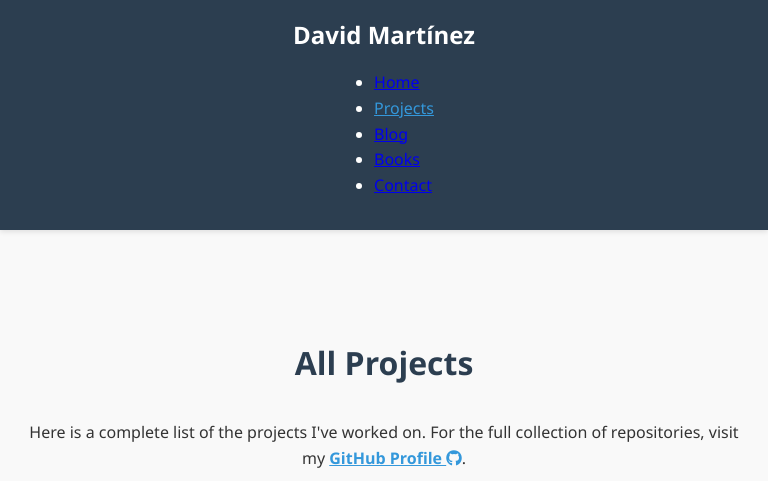
Repository: davidsmv/davidsmv.github.io
Page: projects.html
The author's editor kept a copy of each file at every save. The page is drawn from the files as they stood at one save, then again after the next save.
The browser window is 768 px wide. The pictures show the part of the page from y = 0 to 481 px (the page is 1591 px tall before and 1688 px after).
A picture or video elsewhere on the page could not be fetched, so the positions and the page height are approximate. The page's requests for data from a server got no answer.

Above is the page before, as saved 2026-01-19 18:55:01.

After the next save:
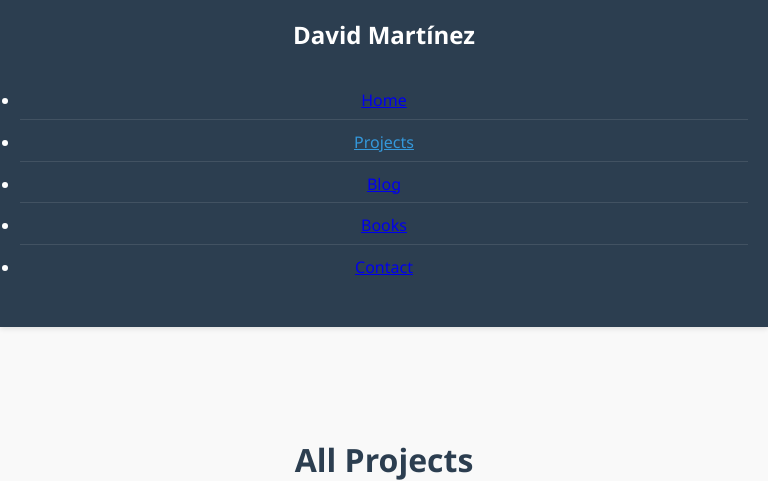
Saved 62 s later.
--- a/styles.css
+++ b/styles.css
@@ -349,11 +349,22 @@ footer {
   }
 
   .nav-links {
-    margin-top: 1rem;
+    margin-top: 1.5rem;
+    flex-direction: column; /* Stack tabs vertically */
+    width: 100%;
+    padding: 0;
   }
 
   .nav-links li {
-    margin: 0 10px;
+    margin: 10px 0; /* Vertical spacing "one after the other" */
+    width: 100%;
+    text-align: center;
+    border-bottom: 1px solid rgba(255,255,255,0.1); /* Subtle divider */
+    padding-bottom: 5px;
+  }
+
+  .nav-links li:last-child {
+    border-bottom: none;
   }
 
   .about-content {
